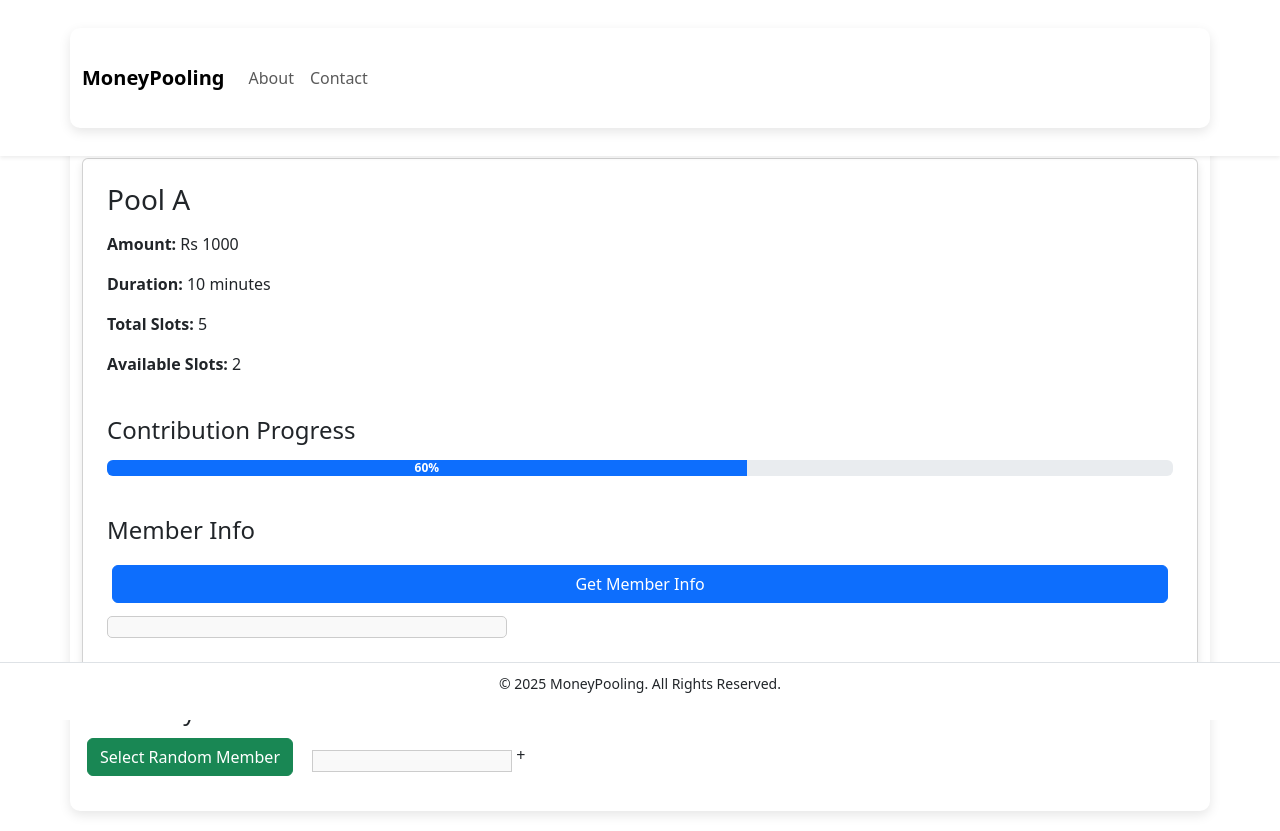
Repository: xxgautm420/MoneyPool
Page: http://localhost/progress
An editor plug-in stored every save of this project. The page is shown before and after a run of saves, followed by the edit.
The browser window is 1280 px wide. The pictures show the whole page.
The page is served by the project's application, run on Flask 3 (app.py).

Above is the page before, as saved 2025-03-02 13:01:55.

After the next 4 saves:
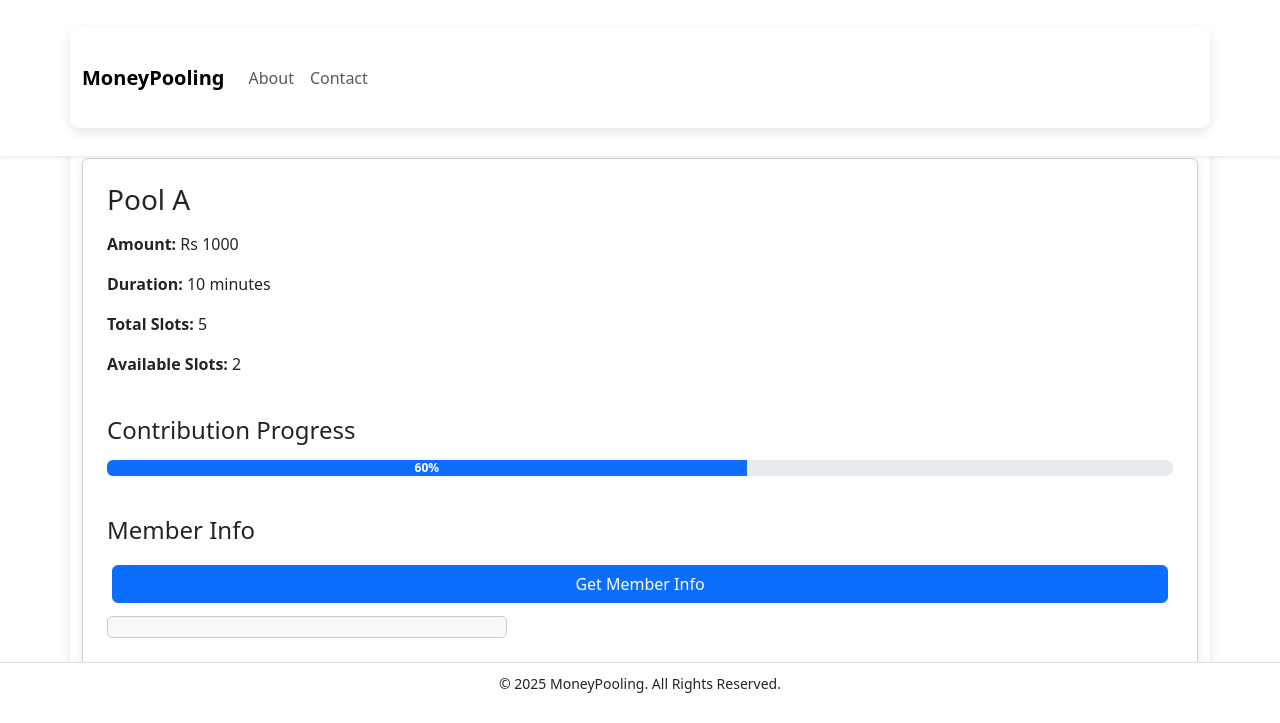
Console error: TypeError: Cannot read properties of null (reading 'addEventListener')
The 4 saves are shown as one change because they came seconds apart.
The last was saved 105 s later.
--- a/templates/progress.html
+++ b/templates/progress.html
@@ -54,13 +54,6 @@
 
 
 
-    <h4 class="mt-4">Randomly Selected Member</h4>
-    <button id="randomSelectButton" class="btn btn-success">Select Random Member</button>
-    <div id="selectedMemberPlaceholder" class="selected-member-placeholder mt-2"></div> <!-- Placeholder for selected username -->+
-    </div>
-
-
-
 
     <!-- Footer -->
     <footer class="footer">

After the 2 saves that followed:
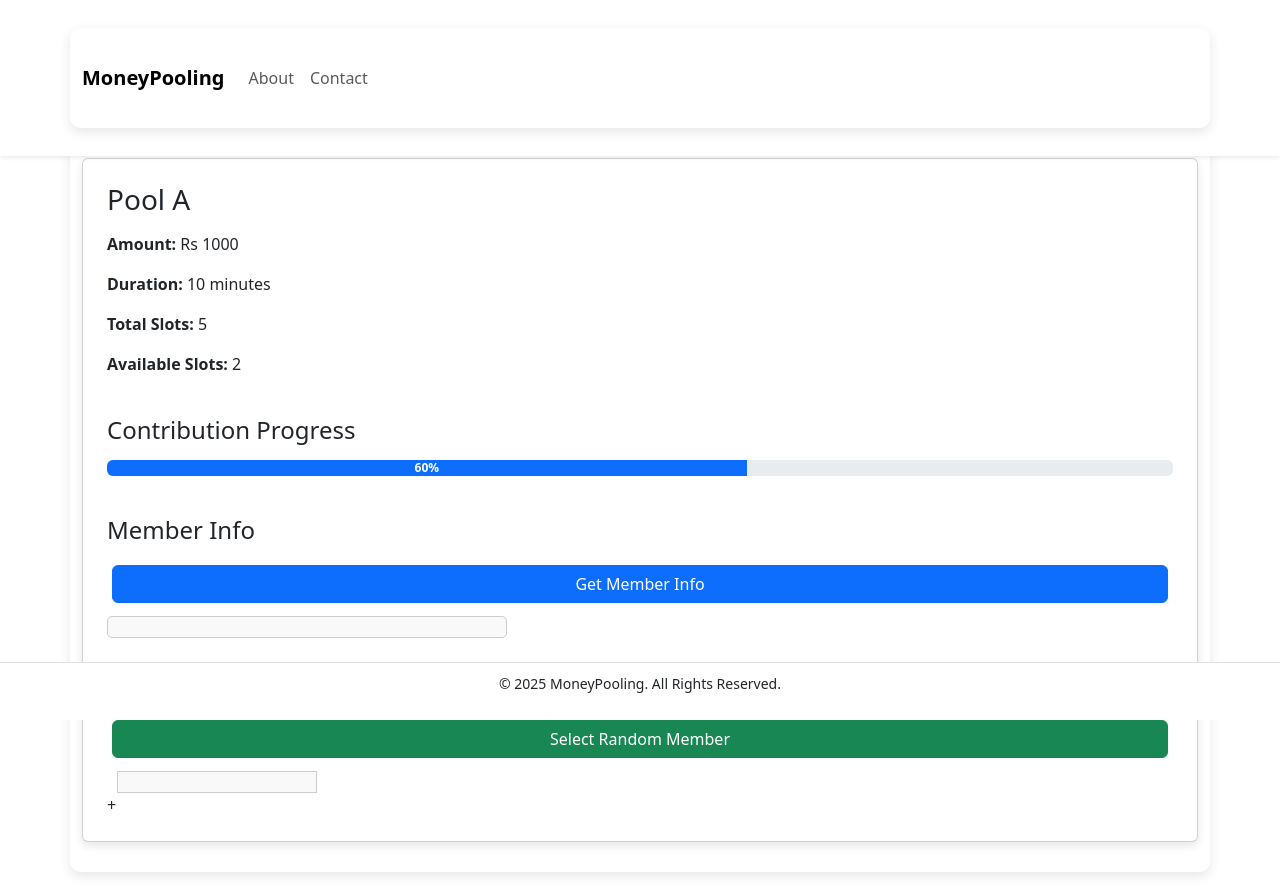
The error is gone.
The 2 saves are shown as one change because 1 left the picture as it was.
The last was saved 13 s later.
--- a/templates/progress.html
+++ b/templates/progress.html
@@ -50,6 +50,14 @@
             <button id="memberInfoButton" class="btn btn-primary" onclick="fetchUsername(1)">Get Member Info</button>
             <div id="usernamePlaceholder" class="username-placeholder mt-2"></div> <!-- Placeholder for username -->
 
+
+            <h4 class="mt-4">Randomly Selected Member</h4>
+            <button id="randomSelectButton" class="btn btn-success">Select Random Member</button>
+            <div id="selectedMemberPlaceholder" class="selected-member-placeholder mt-2"></div> <!-- Placeholder for selected username -->+
+            </div>
+
+
+
         </div>
 
 
